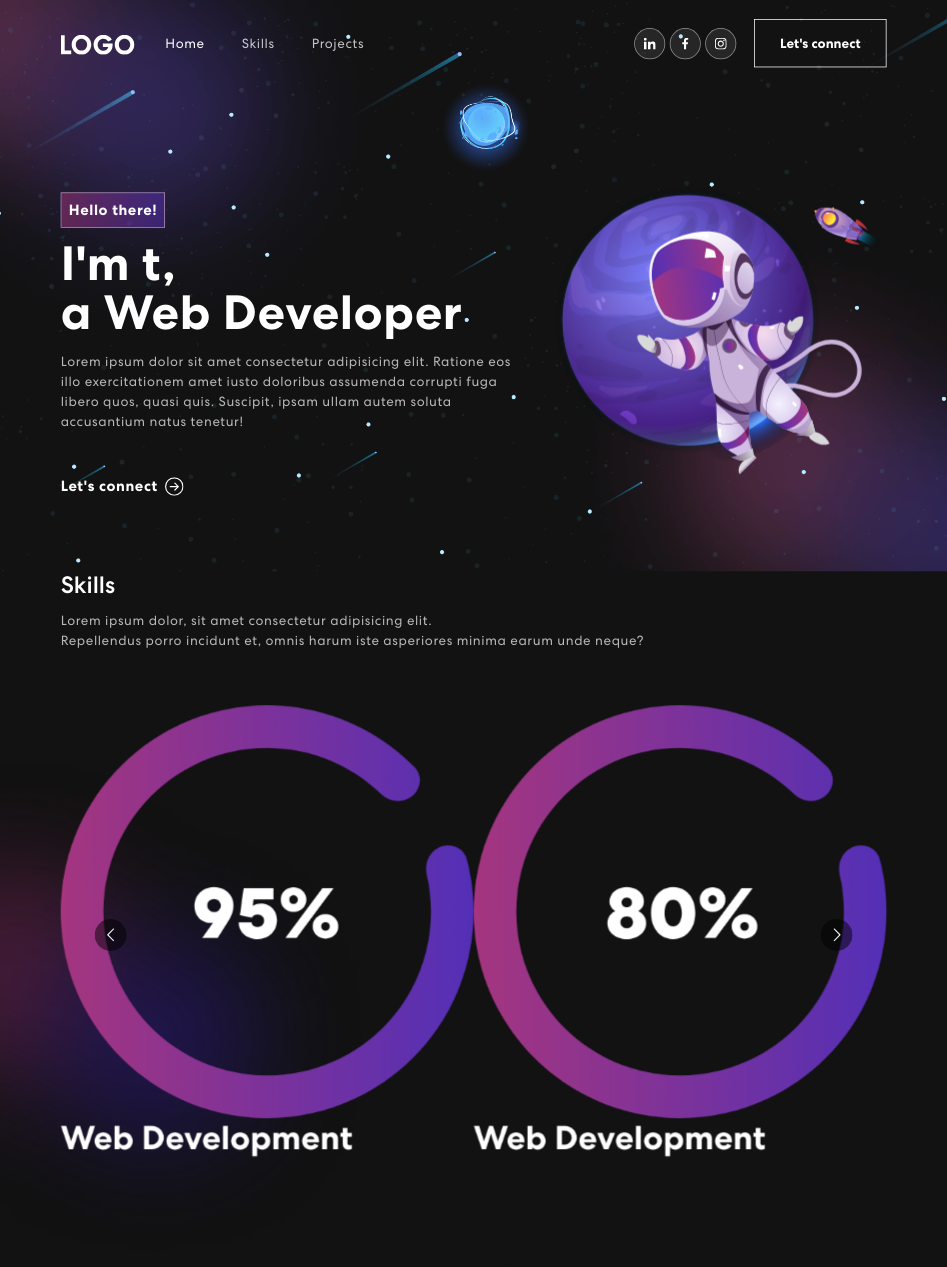
Repository: tynoschuck/personal-space-portfolio
Page: /
The author's editor kept a copy of each file at every save. The page is drawn from the files as they stood at one save, then again after the next save.
The browser window is 1280 px wide. The pictures show the whole page, at 74% of full size.
The project was rebuilt for these pictures with package versions that can differ from the ones it lists, and the page was loaded fresh each time.

Above is the page before, as saved 2023-01-02 13:24:06.

### src/App.js
import logo from "./logo.svg";
import "./App.css";
import { NavBar } from "./components/NavBar";
import { Banner } from "./components/Banner";
import { Skills } from "./components/Skills";
import "bootstrap/dist/css/bootstrap.min.css";

function App() {
  return (
    <div className="App">
      <NavBar />
      <Banner />
      <Skills />
    </div>
  );
}

export default App;

### src/App.css
@font-face {
  font-family: Centra;
  src: url('./assets/font/CentraNo2-Bold.ttf');
  font-weight: 700;
}
@font-face {
  font-family: Centra;
  src: url('./assets/font/CentraNo2-Book.ttf');
  font-weight: 400;
}
@font-face {
  font-family: Centra;
  src: url('./assets/font/CentraNo2-Medium.ttf');
  font-weight: 500;
}

* {
  margin: 0;
  padding: 0;
  box-sizing: border-box;
}
html {
  scroll-behavior: smooth;
  scroll-padding-top: 75px;
}
body {
  font-weight: 400;
  overflow-x: hidden;
  position: relative;
  background-color: #121212 !important;
  color: #fff !important;
  font-family: Centra, sans-serif !important;
}

h1, h2, h3, h4, h5, h6 {
  margin: 0;
  padding: 0;
  line-height: normal;
}

a:hover {
  text-decoration: none;
}

img {
  width: 100%;
  height: auto;
}

button {
  border: 0;
  background-color: transparent;
}

input:focus, textarea:focus, select:focus {
  outline: none;
}

@media (min-width:1700px) {
	main .container {
		max-width: 100%;
		padding: 0 150px;
	}
}

p.success {
	color: green;
}

p.danger {
	color: red;
}
/************ Navbar Css ************/
nav.navbar {
  padding: 18px 0;
  position: fixed;
  width: 100%;
  top: 0;
  z-index: 9999;
  transition:  0.32s ease-in-out;
}
nav.navbar.scrolled {
  padding: 0px 0;
  background-color: #121212;
}
nav.navbar a.navbar-brand {
    width: 9%;
}
nav.navbar .navbar-nav .nav-link.navbar-link {
  font-weight: 400;
  color: #fff !important;
  letter-spacing: 0.8px;
  padding: 0 25px;
  font-size: 18px;
  opacity: 0.75;
}
nav.navbar .navbar-nav a.nav-link.navbar-link:hover,
nav.navbar .navbar-nav a.nav-link.navbar-link.active {
    opacity: 1;
}
span.navbar-text {
    display: flex;
    align-items: center;
}
.social-icon {
    display: inline-block;
    margin-left: 14px;
}
.social-icon a {
    width: 42px;
    height: 42px;
    background: rgba(217, 217, 217, 0.1);
    display: inline-flex;
    border-radius: 50%;
    margin-right: 6px;
    align-items: center;
    justify-content: center;
    line-height: 1;
    border: 1px solid rgba(255, 255, 255, 0.5);
}
.social-icon a::before {
    content: "";
    width: 42px;
    height: 42px;
    position: absolute;
    background-color: #ffffff;
    border-radius: 50%;
    transform: scale(0);
	transition: 0.3s ease-in-out;
}
.social-icon a:hover::before {
    transform: scale(1);
}
.social-icon a img {
	width: 40%;
	z-index: 1;
	transition: 0.3s ease-in-out;
}
.social-icon a:hover img {
	filter: brightness(0) saturate(100%) invert(0%) sepia(7%) saturate(98%) hue-rotate(346deg) brightness(95%) contrast(86%);
}
.navbar-text button {
  font-weight: 700;
  color: #fff;
  border: 1px solid #fff;
  padding: 18px 34px;
  font-size: 18px;
  margin-left: 18px;
	position: relative;
	background-color: transparent;
	transition: 0.3s ease-in-out;
}
.navbar-text button span {
  z-index: 1;
}
.navbar-text button::before {
  content: "";
  width: 0%;
  height: 100%;
  position: absolute;
  background-color: #fff;
  left: 0;
  top: 0;
  z-index: -1;
  transition: 0.3s ease-in-out;
}
.navbar-text button:hover {
  color: #121212;
}
.navbar-text button:hover::before {
	content: "";
	width: 100%;
	height: 100%;
	position: absolute;
}
nav.navbar .navbar-toggler:active,
nav.navbar .navbar-toggler:focus {
	outline: none;
    box-shadow: none;
}
nav.navbar .navbar-toggler-icon {
  width: 24px;
  height: 17px;
  background-image: none;
  position: relative;
  border-bottom: 2px solid #fff;
  transition: all 300ms linear;
  top: -2px;
}
nav.navbar .navbar-toggler-icon:focus {
	border-bottom: 2px solid #fff;
}
nav.navbar .navbar-toggler-icon:after,
nav.navbar .navbar-toggler-icon:before {
	width: 24px;
	position: absolute;
	height: 2px;
	background-color: #fff;
	top: 0;
	left: 0;
	content: '';
	z-index: 2;
	transition: all 300ms linear;
}
nav.navbar .navbar-toggler-icon:after {
	top: 8px;
}
nav.navbar .navbar-toggler[aria-expanded="true"] .navbar-toggler-icon:after {
	transform: rotate(45deg);
	background-color: #fff;
	height: 2px;
}
nav.navbar .navbar-toggler[aria-expanded="true"] .navbar-toggler-icon:before {
	transform: translateY(8px) rotate(-45deg);
	background-color: #fff;
	height: 2px;
}
nav.navbar .navbar-toggler[aria-expanded="true"] .navbar-toggler-icon {
	border-color: transparent;
}

/************ Banner Css ************/
.banner {
  margin-top: 0;
  padding: 260px 0 100px 0;
  background-image: url('./assets/img/banner-bg.png');
  background-position: top center;
  background-size: cover;
  background-repeat: no-repeat;
}
.banner .tagline {
  font-weight: 700;
  letter-spacing: 0.8px;
  padding: 8px 10px;
  background: linear-gradient(90.21deg, rgba(170, 54, 124, 0.5) -5.91%, rgba(74, 47, 189, 0.5) 111.58%);
  border: 1px solid rgba(255, 255, 255, 0.5);
  font-size: 20px;
  margin-bottom: 16px;
  display: inline-block;
}
.banner h1 {
  font-size: 65px;
  font-weight: 700;
  letter-spacing: 0.8px;
  line-height: 1;
  margin-bottom: 20px;
  display: block;
}
.banner p {
  color: #B8B8B8;
  font-size: 18px;
  letter-spacing: 0.8px;
  line-height: 1.5em;
  width: 96%;
}
.banner button {
  color: #fff;
  font-weight: 700;
  font-size: 20px;
  margin-top: 60px;
  letter-spacing: 0.8px;
  display: flex;
  align-items: center;
}
.banner button svg {
  font-size: 25px;
  margin-left: 10px;
  transition: 0.3s ease-in-out;
  line-height: 1;
}
.banner button:hover svg {
  margin-left: 25px;
}
.banner img {
  animation: updown 3s linear infinite;
}
@keyframes updown {
    0% {
        transform: translateY(-20px);
    }
    50% {
        transform: translateY(20px);
    }
    100% {
        transform: translateY(-20px);
    }
}
.txt-rotate > .wrap {
  border-right: 0.08em solid #666;
}
/************ Skills Css ************/
.skill {
  padding: 0 0 50px 0;
  position: relative;
}
.skill-bx {
  background: #151515;
  border-radius: 64px;
  text-align: center;
  padding: 60px 50px;
  margin-top: -60px;
}
.skill h5 {
	font-size: 45px;
	font-weight: 700;
}
.skill p {
    color: #B8B8B8;
    font-size: 18px;
    letter-spacing: 0.8px;
    line-height: 1.5em;
    margin: 14px 0 75px 0;
}
.skill-slider {
  width: 80%;
  margin: 0 auto;
  position: relative;
}
.skill-slider .item img {
  width: 50%;
  margin: 0 auto 15px auto;
}
.background-image-left {
  top: 28%;
  position: absolute;
  bottom: 0;
  width: 40%;
  z-index: -4;
}

### src/components/NavBar.js
import { useState, useEffect } from "react";
import { Navbar, Container, Nav } from "react-bootstrap";
import logo from "../assets/img/logo.svg";
import navIcon1 from "../assets/img/nav-icon1.svg";
import navIcon2 from "../assets/img/nav-icon2.svg";
import navIcon3 from "../assets/img/nav-icon3.svg";

export const NavBar = () => {
  const [activeLink, setActiveLink] = useState("home");
  const [scrolled, setScrolled] = useState(false);

  useEffect(() => {
    const onScroll = () => {
      if (window.scrollY > 50) {
        setScrolled(true);
      } else {
        setScrolled(false);
      }
    };
    window.addEventListener("scroll", onScroll);

    return () => window.removeEventListener("scroll", onScroll);
  }, []);

  const onUpdateActiveLink = (value) => {
    setActiveLink(value);
  };

  return (
    <Navbar expand="lg" className={scrolled ? "scrolled" : ""}>
      <Container>
        <Navbar.Brand href="#home">
          <img src={logo} alt="logo" />
        </Navbar.Brand>
        <Navbar.Toggle aria-controls="basic-navbar-nav">
          <span className="navbar-toggler-icon"></span>
        </Navbar.Toggle>
        <Navbar.Collapse id="basic-navbar-nav">
          <Nav className="me-auto">
            <Nav.Link
              href="#home"
              className={
                activeLink === "home" ? "active navbar-link" : "navbar-link"
              }
              onClick={() => onUpdateActiveLink("home")}
            >
              Home
            </Nav.Link>
            <Nav.Link
              href="#skills"
              className={
                activeLink === "skills" ? "active navbar-link" : "navbar-link"
              }
              onClick={() => onUpdateActiveLink("skills")}
            >
              Skills
            </Nav.Link>
            <Nav.Link
              href="#projects"
              className={
                activeLink === "projects" ? "active navbar-link" : "navbar-link"
              }
              onClick={() => onUpdateActiveLink("projects")}
            >
              Projects
            </Nav.Link>
          </Nav>
          <span className="navbar-text">
            <div className="social-icon">
              <a href="#">
                <img src={navIcon1} alt="" />
              </a>
              <a href="#">
                <img src={navIcon2} alt="" />
              </a>
              <a href="#">
                <img src={navIcon3} alt="" />
              </a>
            </div>
            <button className="vvd">
              <span>Let's connect</span>
            </button>
          </span>
        </Navbar.Collapse>
      </Container>
    </Navbar>
  );
};

### src/components/Banner.js
import { useState, useEffect } from "react";
import { Container, Row, Col } from "react-bootstrap";
import { ArrowRightCircle } from "react-bootstrap-icons";
import headerImg from "../assets/img/header-img.svg";

export const Banner = () => {
  const [loopNum, setLoopNum] = useState(0);
  const [isDeleting, setIsDeleting] = useState(false);
  const toRotate = ["Dado", "tynoschuck", "Davide"];
  const [text, setText] = useState("");
  const [delta, setDelta] = useState(300 - Math.random() * 100);
  const period = 2000;

  useEffect(() => {
    let ticker = setInterval(() => {
      tick();
    }, delta);

    return () => {
      clearInterval(ticker)};
  // eslint-disable-next-line react-hooks/exhaustive-deps
  }, [text])

  const tick = () => {
    let i = loopNum % toRotate.length;
    let fullText = toRotate[i];
    let updatedText = isDeleting
      ? fullText.substring(0, text.length - 1)
      : fullText.substring(0, text.length + 1);
    setText(updatedText);

    if (isDeleting) {
      setDelta((prevDelta) => prevDelta / 2);
    }
    if (!isDeleting && updatedText === fullText) {
      setIsDeleting(true);
      setDelta(period);
    } else if (isDeleting && updatedText === "") {
      setIsDeleting(false);
      setLoopNum(loopNum + 1);
      setDelta(500);
    }
  }

  return (
    <section className="banner" id="home">
      <Container>
        <Row className="align-items-center">
          <Col xs={12} md={6} xl={7}>
            <span className="tagline">Hello there!</span>
            <h1>
              <span className="wrap">I'm {text}, </span>
              <br />{`a Web Developer`}
            </h1>
            <p>
              Lorem ipsum dolor sit amet consectetur adipisicing elit. Ratione
              eos illo exercitationem amet iusto doloribus assumenda corrupti
              fuga libero quos, quasi quis. Suscipit, ipsam ullam autem soluta
              accusantium natus tenetur!
            </p>
            <button>
              Let's connect <ArrowRightCircle size={25} />
            </button>
          </Col>
          <Col xs={12} md={6} xl={5}>
            <img src={headerImg} alt="header_img" />
          </Col>
        </Row>
      </Container>
    </section>
  );
};

### src/components/Skills.js
import { Container, Row, Col } from "react-bootstrap";
import Carousel from "react-multi-carousel";
import "react-multi-carousel/lib/styles.css";

import meter1 from '../assets/img/meter1.svg';
import meter2 from '../assets/img/meter2.svg';
import meter3 from '../assets/img/meter3.svg';
import colorSharp from '../assets/img/color-sharp.png';


export const Skills = () => {
    const responsive = {
        superLargeDesktop: {
          // the naming can be any, depends on you.
          breakpoint: { max: 4000, min: 3000 },
          items: 5
        },
        desktop: {
          breakpoint: { max: 3000, min: 1024 },
          items: 3
        },
        tablet: {
          breakpoint: { max: 1024, min: 464 },
          items: 2
        },
        mobile: {
          breakpoint: { max: 464, min: 0 },
          items: 1
        }
      };

      return (
        <section className="skill" id="skills">
            <Container>
                <Row>
                    <Col>
                        <div className="skills-bx">
                            <h2>
                                Skills
                            </h2>
                            <p>Lorem ipsum dolor, sit amet consectetur adipisicing elit. <br />Repellendus porro incidunt et, omnis harum iste asperiores minima earum unde neque?</p>
                            <Carousel responsive={responsive} infinite={true} className="skills-slider">
                                <div className="item">
                                    <img src={meter1} alt="Carousel_img" />
                                    <h5>Web Development</h5>
                                </div>
                                <div className="item">
                                    <img src={meter2} alt="Carousel_img" />
                                    <h5>Web Development</h5>
                                </div>
                                <div className="item">
                                    <img src={meter3} alt="Carousel_img" />
                                    <h5>Web Development</h5>
                                </div>
                                <div className="item">
                                    <img src={meter1} alt="Carousel_img" />
                                    <h5>Web Development</h5>
                                </div>
                            </Carousel>
                        </div>
                    </Col>
                </Row>
            </Container>
            <img className="background-image-left" src={colorSharp} alt="" />
        </section>
      )
}

Loaded but not shown: public/index.html (common file); src/index.js (common file); src/index.css (common file); src/reportWebVitals.js (common file)

After the next save:
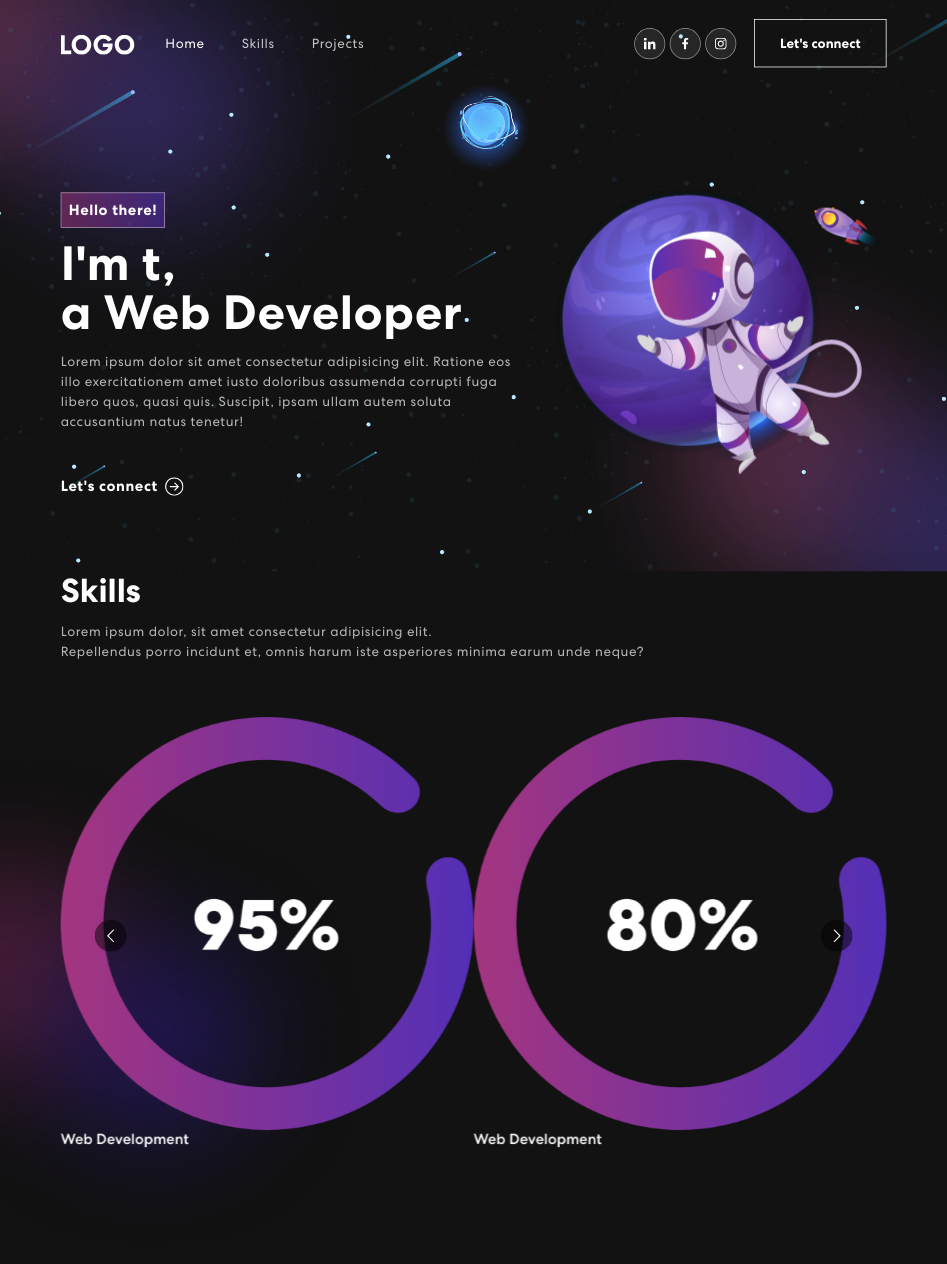
Saved 89 s later.
--- a/src/App.css
+++ b/src/App.css
@@ -300,7 +300,7 @@ nav.navbar .navbar-toggler[aria-expanded="true"] .navbar-toggler-icon {
   padding: 60px 50px;
   margin-top: -60px;
 }
-.skill h5 {
+.skill h2 {
 	font-size: 45px;
 	font-weight: 700;
 }
